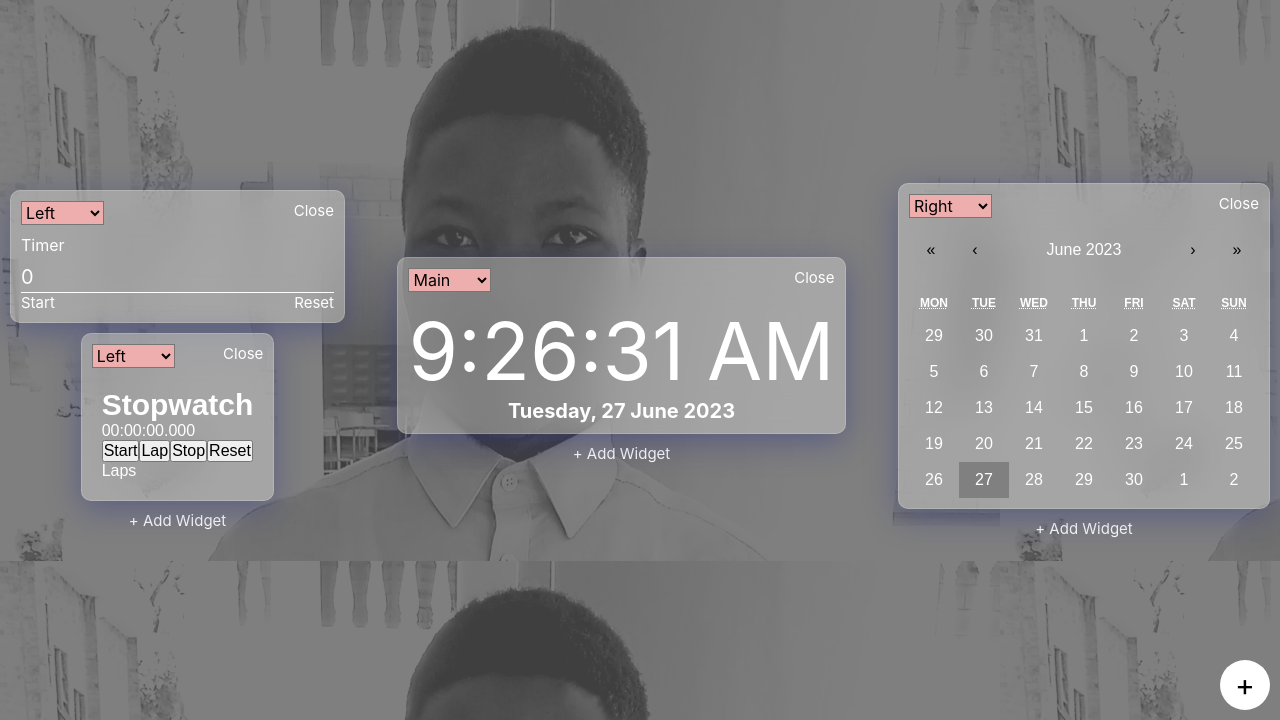
Repository: Angera-Silas/Planner-app
Page: /
An editor plug-in stored every save of this project. The page is shown before and after a run of saves, followed by the edit.
The browser window is 1280 px wide. The pictures show the whole page.
The project was rebuilt for these pictures with package versions that can differ from the ones it lists, and the page was loaded fresh each time. Also part of the build but not shown: src/widgets/ReminderListWidget.js, src/modals/WidgetGalleryModal.js.

Above is the page before, as saved 2023-06-27 17:44:30.

After the next 2 saves:
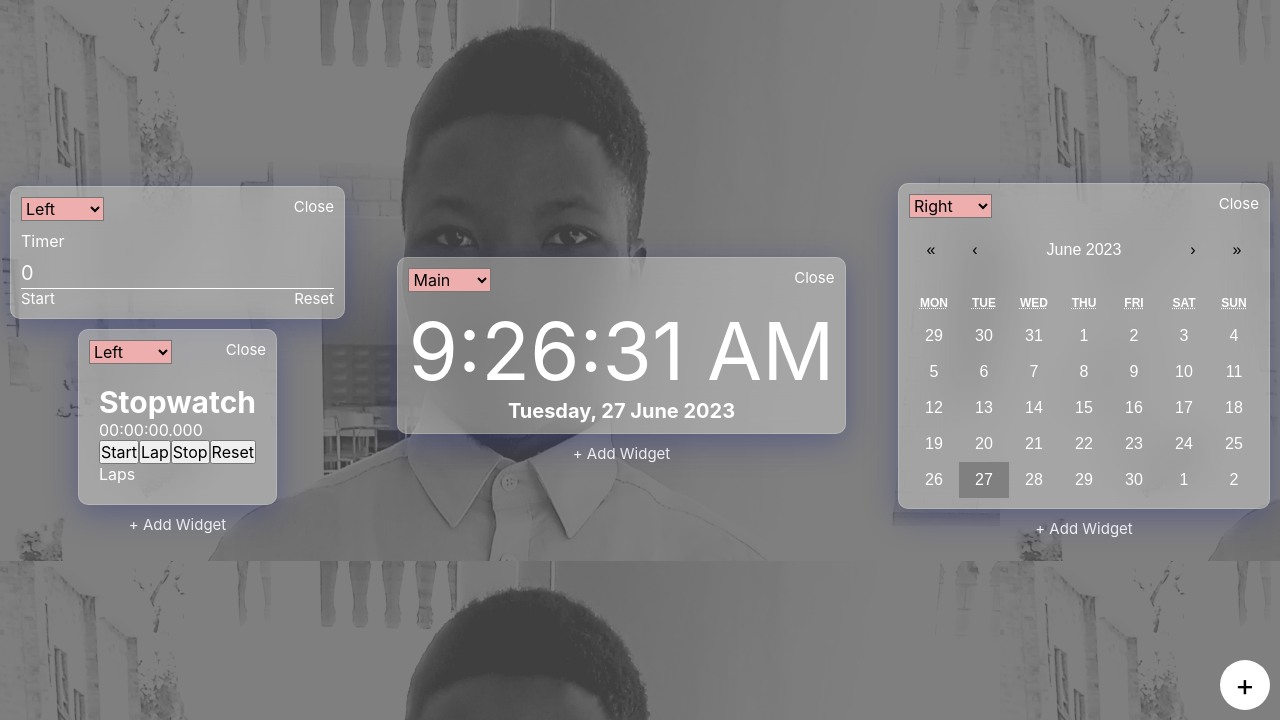
The 2 saves are shown as one change because they came seconds apart.
The last was saved 4 min 50 s later.
--- a/src/App.css
+++ b/src/App.css
@@ -156,7 +156,6 @@ select {
 .stopwatch {
  width: 100%;
  color: white;
- font-family: sans-serif;
  justify-content: flex-start;
  padding: 10px;
  align-items: center;
